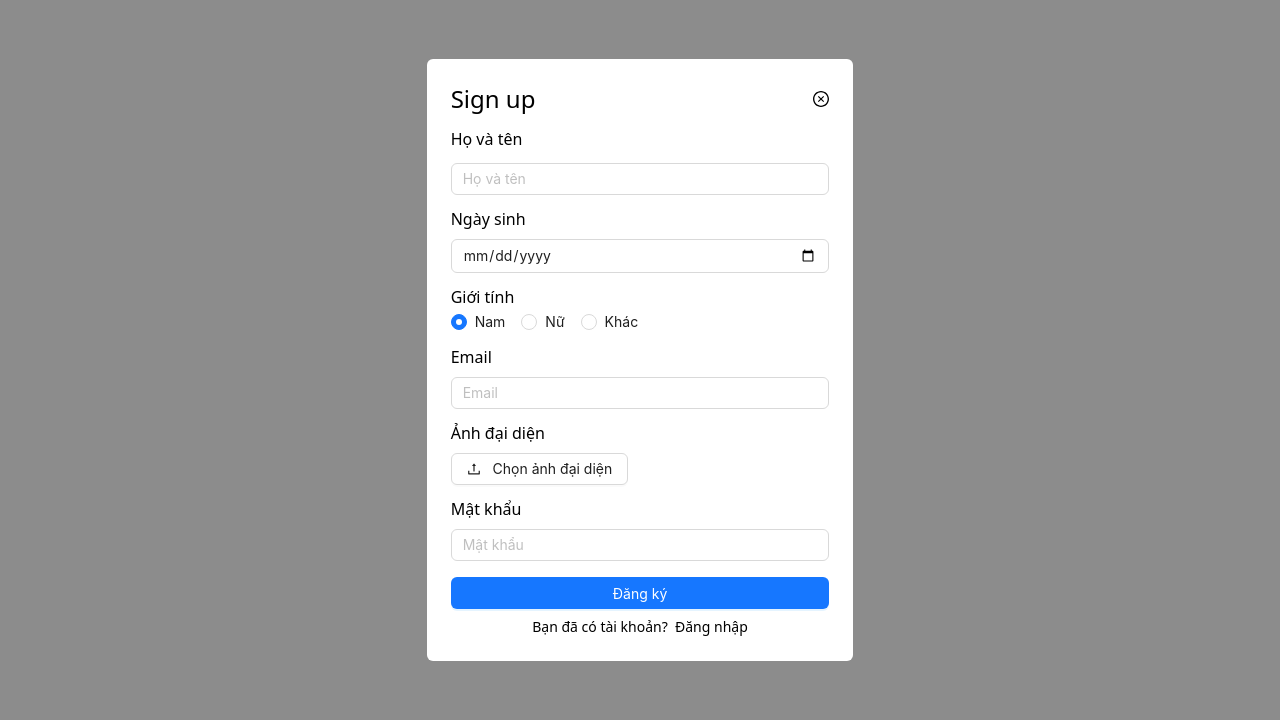
Repository: TinhTT336/MD02_Session14
Page: / (app in client/)
These files come from the project's save history. The page is drawn as it stood at one moment and after the next save; the edit follows.
The browser window is 1280 px wide. The pictures show the whole page.
The project was rebuilt for these pictures with package versions that can differ from the ones it lists, and the page was loaded fresh each time. Also part of the build but not shown: client/vite.config.js, client/src/components/UploadSingleFile.jsx, client/src/components/register/register.css, client/src/components/register/Register.jsx, client/src/components/register/RegisterWithImg.jsx.

Above is the page before, as saved 2023-09-14 16:51:01.

After the next save:
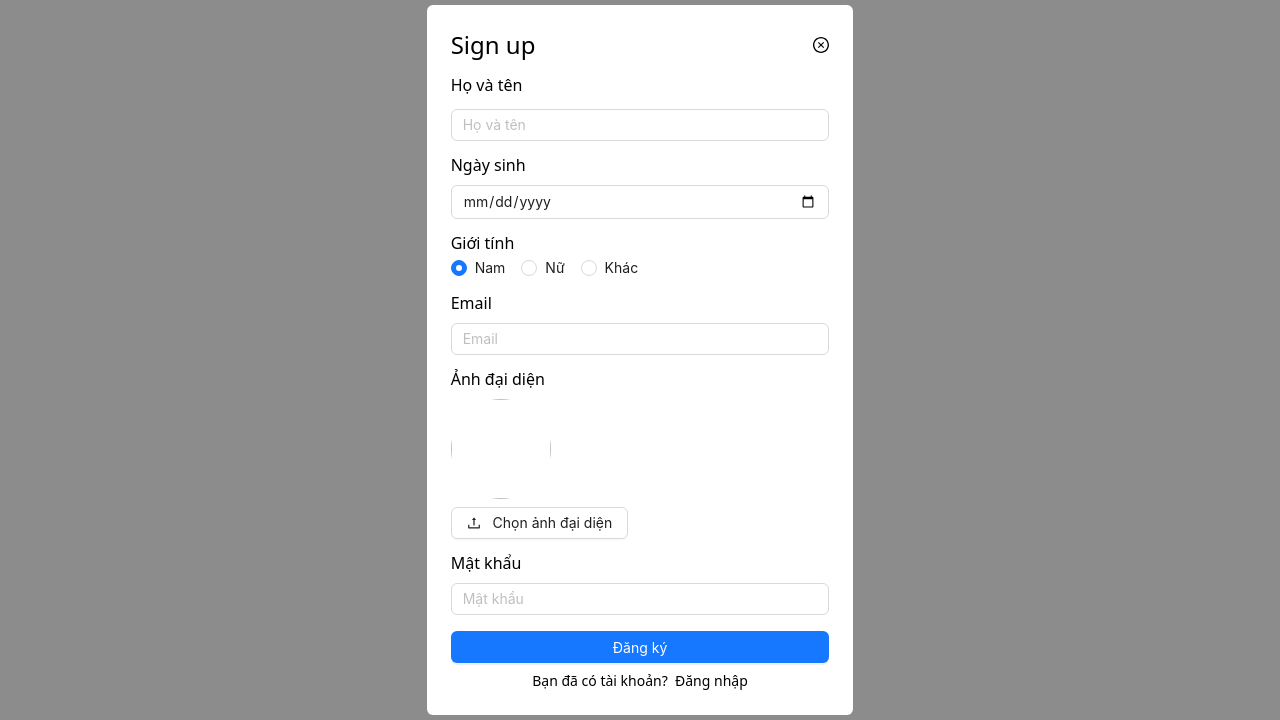
Saved 37 s later.
--- a/client/src/components/signup/Signup.jsx
+++ b/client/src/components/signup/Signup.jsx
@@ -185,7 +185,7 @@ export default function Signup() {
                         <label htmlFor="avatar">Ảnh đại diện</label>
                         <div className=' mt-2'>
                             <div className='mb-2 '>
-                                {user.avatar && <img src={imageUrl} height={100} width={100} style={{ borderRadius: "50%" }} alt="" />}
+                                <img src={imageUrl} height={100} width={100} style={{ borderRadius: "50%" }} alt="" />
                             </div>
                             <Upload {...props}>
                                 <Button icon={<UploadOutlined />}> Chọn ảnh đại diện</Button>
